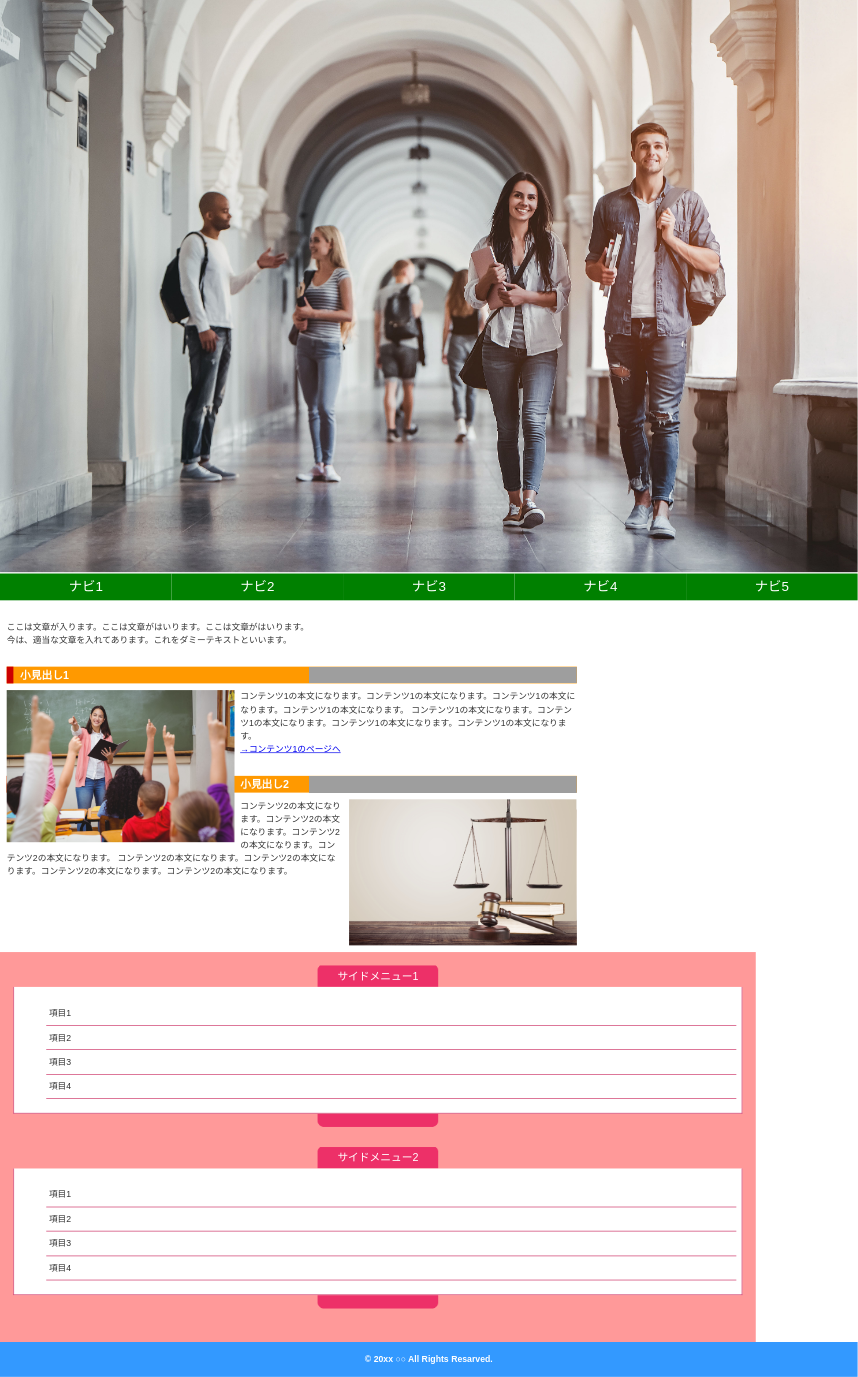
Repository: HosokiTakashi/samurai_HTML-CSS
Page: home.html
The author's editor kept a record of every edit. The page is drawn from the files as they stood at one moment, then again after the next edit.
The browser window is 1280 px wide. The pictures show the whole page, at 67% of full size.
Pictures or frames that could not be fetched are drawn as grey boxes.

Above is the page before.

After the next edit:
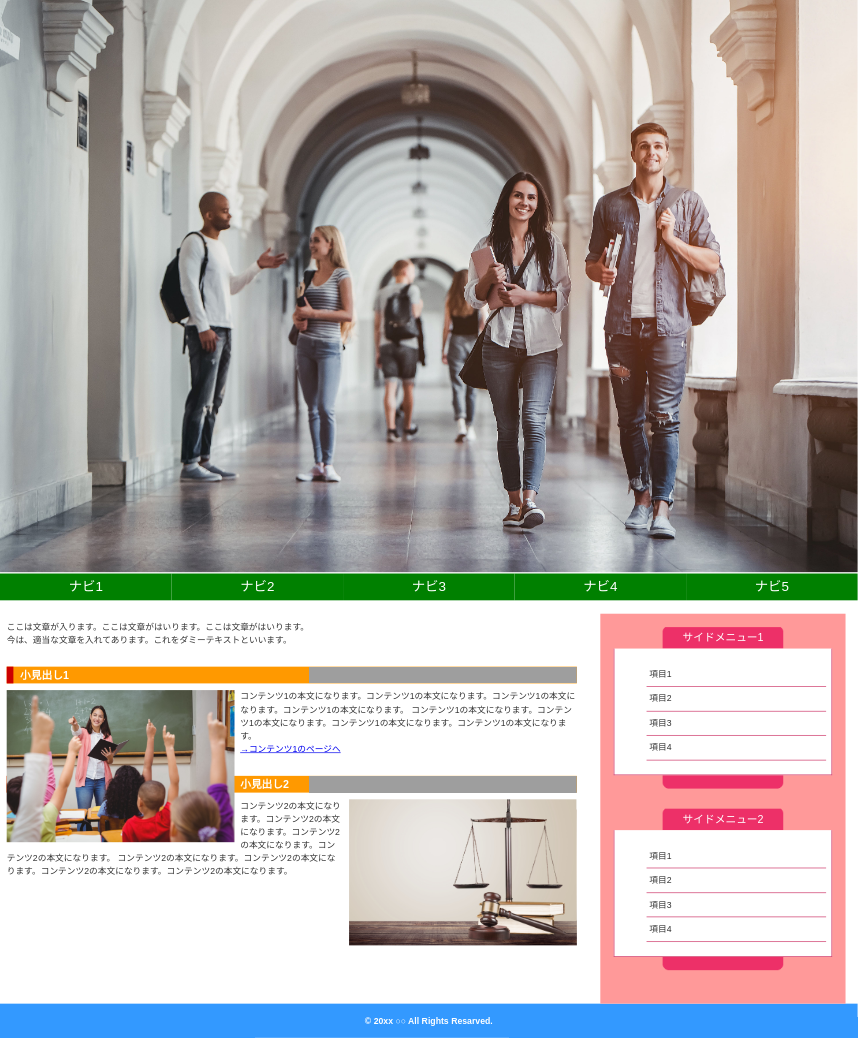
The edit:
--- a/home.html
+++ b/home.html
@@ -40,35 +40,35 @@
                             コンテンツ2の本文になります。コンテンツ2の本文になります。コンテンツ2の本文になります。コンテンツ2の本文になります。
                             コンテンツ2の本文になります。コンテンツ2の本文になります。コンテンツ2の本文になります。コンテンツ2の本文になります。
                         </p>
+                    </div>
+                </div>
+            <div id="side">
+                <div class="box">
+                    <h2>サイドメニュー1</h2>
+                    <div class="boxBody">
+                        <ul>
+                            <li>項目1</li>
+                            <li>項目2</li>
+                            <li>項目3</li>
+                            <li>項目4</li>
+                        </ul>
+                    </div>
+                </div>
+                <div class="box">
+                    <h2>サイドメニュー2</h2>
+                    <div class="boxBody">
+                        <ul>
+                            <li>項目1</li>
+                            <li>項目2</li>
+                            <li>項目3</li>
+                            <li>項目4</li>
+                        </ul>
+                    </div>
                 </div>
             </div>
         </div>
-        <div id="side">
-            <div class="box">
-                <h2>サイドメニュー1</h2>
-                <div class="boxBody">
-                    <ul>
-                        <li>項目1</li>
-                        <li>項目2</li>
-                        <li>項目3</li>
-                        <li>項目4</li>
-                    </ul>
-                </div>
-            </div>
-            <div class="box">
-                <h2>サイドメニュー2</h2>
-                <div class="boxBody">
-                    <ul>
-                        <li>項目1</li>
-                        <li>項目2</li>
-                        <li>項目3</li>
-                        <li>項目4</li>
-                    </ul>
-                </div>
-            </div>
-        </div>
-        <div id="footer">
-            <p>&copy; 20xx ○○ All Rights Resarved.</p>
-        </div>
+     <div id="footer">
+        <p>&copy; 20xx ○○ All Rights Resarved.</p>
+    </div>
     </body>
 </html>
